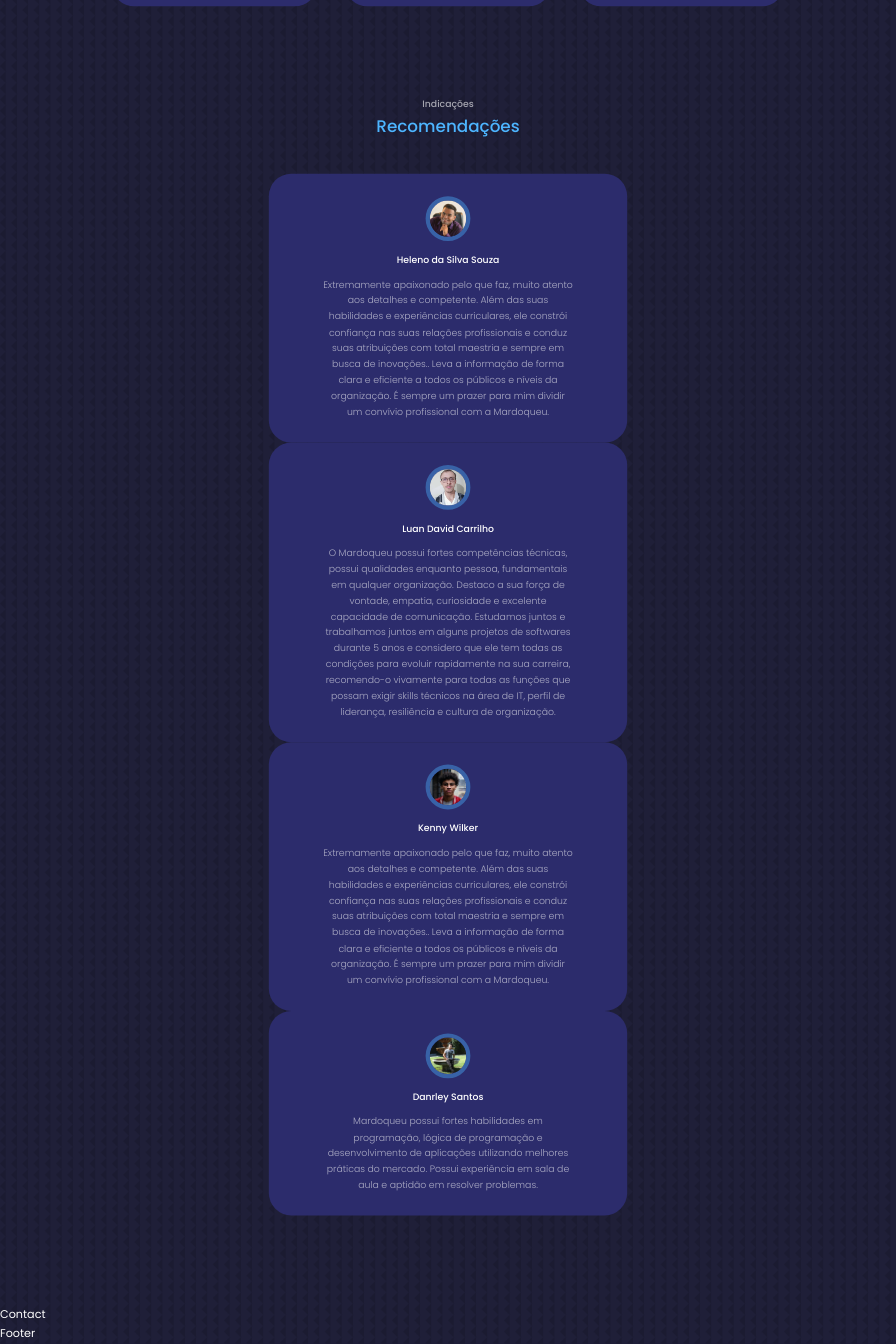
Repository: Mardoqueu/react-portfolio-website
Page: /
These files come from the project's save history. The page is drawn as it stood at one moment and after the next save; the edit follows.
The browser window is 1280 px wide. The pictures show the part of the page from y = 3385 to 5305 px (the page is 5305 px tall), at 70% of full size.
The project was rebuilt for these pictures with package versions that can differ from the ones it lists, and the page was loaded fresh each time. Also part of the build but not shown: src/components/header/header.css, src/components/contact/contact.css, src/components/footer/footer.css.

Above is the page before, as saved 2022-10-24 11:26:18.

### src/App.jsx
import React from 'react'
import Header from './components/header/Header'
import Nav from './components/nav/Nav'
import About from './components/about/About'
import Experience from './components/experience/Experience'
import Services from './components/services/Services'
import Portfolio from './components/portfolio/Portfolio'
import Testimonials from './components/testimonials/Testimonials'
import Contact from './components/contact/Contact'
import Footer from './components/footer/Footer'


export const App = () => {
  return (
    <>
        <Header/>
        <Nav/>
        <About/>
        <Experience/>
        <Services/>
        <Portfolio/>
        <Testimonials/>
        <Contact/>
        <Footer/>
    </>
  )
}

export default App

### src/index.css
@import url('https://fonts.googleapis.com/css2?family=Poppins:wght@300;400;500;600&display=swap');

* {
    margin: 0;
    padding: 0;
    border: 0;
    outline: 0;
    box-sizing: border-box;
    list-style: none;
    text-decoration: none;
}

:root{
    --color-bg: #1f1f38;
    --color-bg-variant: #2c2c6c;
    --color-primary: #4db5ff;
    --color-primary-variant: rgba(77, 181, 255, 0.4);
    --color-white: #fff;
    --color-light: rgba(255, 255, 255, 0.6);

    --transition: all 400ms ease;

    --container-width-lg: 75%;
    --container-width-md: 86%;
    --container-width-sm: 90%;
}

html{
    scroll-behavior: smooth;
}

::-webkit-scrollbar{
    display: none;
}

body {
    font-family: 'Poppins', sans-serif;
    background: var(--color-bg);
    color: var(--color-white);
    line-height: 1.7;
    background-image: url(../src/assets/bg-texture.png);
}

/* ============== General Styles ============== */
.container {
    width: var(--container-width-lg);
    margin: 0 auto;
}

h1,
h2,
h3,
h4,
h5 {
    font-weight: 500;
}

h1{
    font-size: 2.5rem;
}

section{
    margin-top: 8rem;
}

section > h2, section > h5{
    text-align: center;
    color: var(--color-light);
}

section > h2 {
    color: var(--color-primary);
    margin-bottom: 3rem;
}

.text-light {
    color:var(--color-light);
}

a{
    color: var(--color-primary);
    transition: var(--transition);
}

a:hover{
    color: var(--color-white);
}

.btn{
    width: max-content;
    display: inline-block;
    color: var(--color-primary);
    padding: 0.75rem 1.2rem;
    border-radius: 0.4rem;
    cursor: pointer;
    border: 1px solid var(--color-primary);
    transition: var(--transition);
}

.btn:hover{
    background: var(--color-white);
    color: var(--color-bg);
    border-color: transparent;
}

.btn-primary{
    background: var(--color-primary);
    color: var(--color-bg);
}

img{
    display: block;
    width: 100%;
    justify-content: center;
    object-fit: cover;
}

/* ================ MEDIA QUERIES (MEDIUM DEVICES) ================ */
@media screen and (max-width: 1024px){
    .container{
        width: var(--container-width-md);
    }

    section {
        margin-top: 6rem;
    }
}

/* ================ MEDIA QUERIES (SMALL DEVICES) ================ */
@media screen and (max-width: 600px){
    .container{
        width: var(--container-width-sm);
    }

    section > h2 {
        margin-bottom: 2rem;
    }
}

### src/components/header/Header.jsx
import React from 'react'
import './header.css'
const header = () => {
  return (
    <div>header</div>
  )
}

export default header

### src/components/nav/Nav.jsx
import React from 'react'
import "./nav.css"
import {AiOutlineHome} from 'react-icons/ai'
import {AiOutlineUser} from 'react-icons/ai'
import {BiBook} from 'react-icons/bi'
import {RiServiceLine} from 'react-icons/ri'
import {AiOutlinePhone} from 'react-icons/ai'
import { useState } from 'react'

const Nav = () => {
  const [activeNav, setActiveNav] = useState('#');
  return (
    <nav>
      <a href="#" onClick={() => setActiveNav('#')} class={activeNav === '#' ? 'active' : ''}><AiOutlineHome/></a>
      <a href="#about" onClick={() => setActiveNav('#about')} class={activeNav === '#about' ? 'active' : ''}><AiOutlineUser/></a>
      <a href="#experience"  onClick={() => setActiveNav('#experience')} class={activeNav === '#experience' ? 'active' : ''}><BiBook/></a>
      <a href="#services" onClick={() => setActiveNav('#services')} class={activeNav === '#services' ? 'active' : ''}><RiServiceLine/></a>
      <a href="#contact" onClick={() => setActiveNav('#contact')} class={activeNav === '#contact' ? 'active' : ''}><AiOutlinePhone/></a>

    </nav>
  )
}

export default Nav

### src/components/about/About.jsx
import React from 'react'
import './about.css';
import ME from '../../assets/me-about.jpg'
import {FaAward} from 'react-icons/fa'
import {FiUsers} from 'react-icons/fi'
import {VscFolderLibrary} from 'react-icons/vsc'


const About = () => {
  return (
    <section id='about'>
      <h5>Venha me conhecer</h5>
      <h2>Sobre mim</h2>


      <div className='container about__container'>
        <div className='about__me'>
              <div className='about__me-image'>
                <img src={ME} alt="About"></img>
              </div>
          </div>

          <div className='about__content'>
              <div className='about__cards'>
                <article className='about__card'>
                  <FaAward className='about__icon'/>
                  <h5>Experiência</h5>
                  <small>3+ Anos de atuação</small>
                </article>

                <article className='about__card'>
                  <FiUsers className='about__icon'/>
                  <h5>Clientes</h5>
                  <small>Diversos Clientes</small>
                </article>

                <article className='about__card'>
                  <VscFolderLibrary className='about__icon'/>
                  <h5>Projetos</h5>
                  <small>+10 projetos completos</small>
                </article>
              </div>

              <p>
              Iniciei minha carreira como professor de informática no Instituto Federal do Maranhão (IFMA). Essa foi uma ótima experiência, pois desenvolvi habilidades como falar em público, e também aprimorei minha network, aprendi várias stacks como HTML, CSS, JavaScript, Bootstrap, Angular, Java, MySQL, Spring Boot e outros Front-End e tecnologias de back-end. Toda a experiência me levou a me apaixonar por uma carreira onde posso mergulhar na tecnologia e ter sensibilidade realizar impactos sociais positivos no mundo.
              </p>

              <a href='#contact' className='btn btn-primary'>Entrar em contato</a>
          </div>
      </div>
    </section>
  )
}

export default About

### src/components/portfolio/Portfolio.jsx
import React from 'react'
import './portfolio.css'
import IMG1 from '../../assets/portfolio1.png'
import IMG2 from '../../assets/portfolio2.png'
import IMG3 from '../../assets/portfolio3.png'
import IMG4 from '../../assets/portfolio4.png'
import IMG5 from '../../assets/portfolio5.png'
import IMG6 from '../../assets/portfolio6.png'

const data = [
  {
    id: 1,
    image: IMG1,
    title: 'Google Clone',
    github: 'https://github.com/Mardoqueu/google-v1',
    demo: 'https://google-v1-teal.vercel.app/',
  },
  {
    id: 2,
    image: IMG2,
    title: 'Movie App',
    github: 'https://github.com/Mardoqueu/movie-app-v1',
    demo: 'https://movie-app-v1-tawny.vercel.app/',
  },
  {
    id: 3,
    image: IMG3,
    title: 'Instagram Clone',
    github: 'https://github.com/Mardoqueu/insta-v',
    demo: 'https://insta-vercel.vercel.app/',
  },
  {
    id: 4,
    image: IMG4,
    title: 'Twitter Clone',
    github: 'https://github.com/Mardoqueu/twitter',
    demo: 'https://twitter-peach.vercel.app/',
  },
  {
    id: 5,
    image: IMG5,
    title: 'Help-desk Frontend',
    github: 'https://github.com/Mardoqueu/helpdesk-front',
    demo: 'https://helpdesk-front-tawny.vercel.app/login',
  },
  {
    id: 6,
    image: IMG5,
    title: 'Help-desk Backend',
    github: 'https://github.com/Mardoqueu/helpdesk-backend',
    demo: 'https://tindog-lake.vercel.app/',
  }
]


const Portfolio = () => {
  return (
    <section id='portfolio'>
      <h5>Meus projetos recentes</h5>
      <h2>Portfólio </h2>

      <div className='container portfolio__container'>
          {
            data.map(({id, image, title, github, demo}) =>{
              return(
            <article key={id} className='portfolio__item'>
            <div className='portfolio__item-image'>
            <img src={image} alt={title}></img>
            </div>
                <h3>{title}</h3>
                <div className='portfolio__item-cta'>
                <a href={github} className='btn' target='_blank'>Github</a>
                <a href={demo} className='btn btn-primary' target='_blank'>Live Demo</a>
                </div>
          </article>
              )
            })
          }




      </div>
    </section>
  )
}

export default Portfolio

### src/components/testimonials/Testimonials.jsx
import React from 'react'
import './testimonials.css'
import AVTR1 from '../../assets/avatar1.jpg'
import AVTR2 from '../../assets/avatar2.jpg'
import AVTR3 from '../../assets/avatar3.jpg'
import AVTR4 from '../../assets/avatar4.jpg'

const data = [

  {
  avatar: AVTR1,
  name: 'Heleno da Silva Souza',
  review: 'Extremamente apaixonado pelo que faz, muito atento aos detalhes e competente. Além das suas habilidades e experiências curriculares, ele constrói confiança nas suas relações profissionais e conduz suas atribuições com total maestria e sempre em busca de inovações.. Leva a informação de forma clara e eficiente a todos os públicos e níveis da organização. É sempre um prazer para mim dividir um convívio profissional com a Mardoqueu.'
  },
  {
    avatar: AVTR2,
    name: 'Luan David Carrilho',
    review: 'O Mardoqueu possui fortes competências técnicas, possui qualidades enquanto pessoa, fundamentais em qualquer organização. Destaco a sua força de vontade, empatia, curiosidade e excelente capacidade de comunicação. Estudamos juntos e trabalhamos juntos em alguns projetos de softwares durante 5 anos e considero que ele tem todas as condições para evoluir rapidamente na sua carreira, recomendo-o vivamente para todas as funções que possam exigir skills técnicos na área de IT, perfil de liderança, resiliência e cultura de organização.'
  },
  {
    avatar: AVTR3,
    name: 'Kenny Wilker',
    review: 'Extremamente apaixonado pelo que faz, muito atento aos detalhes e competente. Além das suas habilidades e experiências curriculares, ele constrói confiança nas suas relações profissionais e conduz suas atribuições com total maestria e sempre em busca de inovações.. Leva a informação de forma clara e eficiente a todos os públicos e níveis da organização. É sempre um prazer para mim dividir um convívio profissional com a Mardoqueu.'
  },
  {
    avatar: AVTR4,
    name: 'Danrley Santos',
    review: 'Mardoqueu possui fortes habilidades em programação, lógica de programação e desenvolvimento de aplicações utilizando melhores práticas do mercado. Possui experiência em sala de aula e aptidão em resolver problemas.'
  }

]

const Testimonials = () => {
  return (
    <section id='testimonials'>
      <h5>Indicações</h5>
      <h2>Recomendações</h2>

      <div className='container testimonials__container'>
          {
            data.map(({avatar, name, review}, index) => {
              return (
          <article key={index} className='testimonial'>
            <div className='client__avatar'>
            <img src={avatar} alt={name}/>
            </div>
            <h5 className='client__name'>{name}</h5>
            <small className='client__review'>{review}</small>
          </article>)
            })
          }

      </div>


    </section>
  )
}

export default Testimonials

### src/components/footer/Footer.jsx
import React from 'react'
import './footer.css';
const Nav = () => {
  return (
    <div>Footer</div>
  )
}

export default Nav

### src/components/nav/nav.css
nav{
    background: rgb(0, 0, 0, 0.3);
    width: max-content;
    display: block;
    padding: 0.7rem 1.7rem;
    z-index: 2;
    position: fixed;
    left: 50%;
    transform: translateX(-50%);
    bottom: 2rem;
    display: flex;
    gap: 0.8rem;
    border-radius: 3rem;
    backdrop-filter: blur(15px);
}

nav a {
    background: transparent;
    padding: 0.9rem;
    border-radius: 50%;
    display: flex;
    color: var(--color-light);
    font-size: 1.1rem;
}

nav a:hover{
    background: var(--color-light);
}

nav a.active {
    background: var(--color-bg);
    color: var(--color-white);
}

### src/components/about/about.css
.about__container{
    display: grid;
    grid-template-columns: 35% 50%;
    gap: 15%;
}

.about__me{
    width: 100%;
    aspect-ratio: 1/1;
    border-radius: 2rem;
    background: linear-gradient(
        45deg,
        transparent,
        var(--color-primary),
        transparent
    );
    display: grid;
    place-items: center;

}
.about__me-image{
    border-radius: 2rem;
    overflow: hidden;
    transform: rotate(10deg);
    transition: var(--transition);
}

.about__me-image:hover{
    transform: rotate(0deg);
}

.about__cards {
    display: grid;
    grid-template-columns: repeat(3, 1fr);
    gap: 1.5rem;
}

.about__card{
    background: var(--color-bg-variant);
    border: 1px solid transparent;
    border-radius: 1rem;
    padding: 2rem;
    text-align-last: center;
    transform: var(--transition);
}

.about__card:hover{
    background: transparent;
    border-color: var(--color-primary-variant);
    cursor: default;
}

.about__icon {
    color: var(--color-primary);
    font-size: 1.4rem;
    margin-bottom: 1rem;
}

.about__card h5 {
    font-size: 0.95rem;
}


.about__card small {
    font-size: 0.7rem;
    color: var(--color-light)
}

.about__content p{
    margin: 2rem 0 2.6rem;
    color: var(--color-light);
}

/* ================ MEDIA QUERIES (MEDIUM DEVICES) ================ */
@media screen and (max-width: 1024px){
    .about__container{
        grid-template-columns: 1fr;
        gap: 0;
    }

    .about__me{
        width: 50%;
        margin: 2rem auto 4rem;
    }

    .about__content p {
        margin: 1rem 0 1.5rem;
    }
}

/* ================ MEDIA QUERIES (SMALL DEVICES) ================ */
@media screen and (max-width: 600px){
    .about__me {
        width: 65%;
        margin: 0 auto 3rem;
    }

    .about__cards{
        grid-template-columns: 1fr 1fr;
        gap: 1rem;
    }

    .about__content{
        text-align: center;
    }

    .about__content p{
        margin: 1.5rem 0;
    }
}

### src/components/experience/experience.css
.experience__container{
    display: grid;
    grid-template-columns: 1fr 1fr;
    gap: 2rem;
}

.experience__container > div {
    background: var(--color-bg-variant);
    padding: 2.4rem 5rem;
    border-radius: 2rem;
    border: 1px solid transparent;
    transition: var(--transition);
}

.experience__container > div:hover{
    background: transparent;
    border-color: var(--color-primary-variant);
    cursor: default;
}

.experience__container > div h3{
    text-align: center;
    margin-bottom: 2rem;
    color: var(--color-primary);
}

.experience__content{
    display: grid;
    grid-template-columns: 1fr 1fr;
    row-gap: 2rem;
}

.experience__details {
    display: flex;
    gap: 1rem;
}

.experience_details-icon{
    margin-top: 6px;
    color: var(--color-primary);
}

/* ================ MEDIA QUERIES (MEDIUM DEVICES) ================ */
@media screen and (max-width: 1024px){
    .experience__container{
        grid-template-columns: 1fr;
    }

    .experience__container > div {
        width: 80%;
        padding: 2rem;
        margin: 0 auto;
    }

    .experience__content{
        padding: 1rem;
    }
}

/* ================ MEDIA QUERIES (SMALL DEVICES) ================ */
@media screen and (max-width: 600px){
    .experience__container{
        gap: 1rem;
    }

    .experience__container > div {
        width: 100%;
        padding: 2rem 1rem;
    }
}

### src/components/services/services.css
.service__container{
    display: grid;
    grid-template-columns: repeat(3, 1fr);
    gap: 3rem;
}

.service {
    background: var(--color-bg-variant);
    border-radius: 0 0 2rem 2rem;
    border: 1px solid var(--color-primary);
    height: fit-content;
    transition: var(--transition);
}

.service:hover{
    background: transparent;
    border-color: var(--color-primary-variant);
    cursor: default;
}

.service__head{
    background: var(--color-primary);
    padding: 2rem;
    border-radius: 0 0 2rem 2rem;
    box-shadow: 0 2rem 1rem rgba(0, 0, 0, 0.1);
}

.service__head h3{
    color: var(--color-bg);
    font-size: 1rem;
    text-align: center;
}

.service_list {
    padding: 1rem;
}

.service__list li{
    display: flex;
    gap: 1rem;
    margin-bottom: 0.8rem;
}

.service__list-icon{
    color: var(--color-primary);
    margin-top: 2px;
}

.service__list p{
    font-size: 0.9rem;
}


/* ================ MEDIA QUERIES (MEDIUM DEVICES) ================ */
@media screen and (max-width: 1024px){
    .service__container{
        grid-template-columns: 1fr 1fr;
        gap: 2rem;
    }

    .service{
        height: auto;
    }

}

/* ================ MEDIA QUERIES (SMALL DEVICES) ================ */
@media screen and (max-width: 600px){
    .service__container{
        grid-template-columns: 1fr;
        gap: 1.5rem;
    }

}

### src/components/portfolio/portfolio.css
.portfolio__container {
    display: grid;
    grid-template-columns: repeat(3, 1fr);
    gap: 2.5rem;
}

.portfolio__item{
    background: var(--color-bg-variant);
    padding: 1.3rem;
    border-radius: 2rem;
    border: 1px solid transparent;
    transition: var(--transition);
}

.portfolio__item:hover{
    border-color: var(--color-primary-variant);
    background: transparent;
}

.portfolio__item-image{
    border-radius: 1.5rem;
    overflow: hidden;
}

.portfolio__item h3{
    margin: 1.2 0 2rem;
}

.portfolio__item-cta{
    display: flex;
    gap: 1rem;
    margin-bottom: 1rem;
}

/* ================ MEDIA QUERIES (MEDIUM DEVICES) ================ */
@media screen and (max-width: 1024px){
    .portfolio__container{
        grid-template-columns: 1fr 1fr;
        gap: 1.2rem;
    }

    .portfolio{
        height: auto;
    }

}

/* ================ MEDIA QUERIES (SMALL DEVICES) ================ */
@media screen and (max-width: 600px){
    .portfolio__container{
        grid-template-columns: 1fr;
        gap: 1.5rem;
    }

}

### src/components/testimonials/testimonials.css
.container.testimonials__container{
    width: 40%;
}

.client__avatar{
    width: 4rem;
    aspect-ratio: 1/1;
    overflow: hidden;
    border-radius: 50%;
    margin: 0 auto 1rem;
    border: 0.4rem solid var(--color-primary-variant);
}

.testimonial{
    background: var(--color-bg-variant);
    text-align: center;
    padding: 2rem;
    border-radius: 2rem;
    user-select: none;
}

.client__review{
    color: var(--color-light);
    font-weight: 300;
    display: block;
    width: 80%;
    margin: 0.8rem auto 0;
}

/* ================ MEDIA QUERIES (MEDIUM DEVICES) ================ */
@media screen and (max-width: 1024px){
    .container.testimonials__container{
        width: 60%;
    }

}

/* ================ MEDIA QUERIES (SMALL DEVICES) ================ */
@media screen and (max-width: 600px){
    .container.testimonials__container{
        width: var(--container-width-sm);
    }

    .client__review{
        width: var(--container-width-sm);
    }
}

Loaded but not shown: public/index.html (common file); src/components/contact/Contact.jsx (common file); src/index.js (5 lines, source omitted); src/components/services/Services.jsx (124 lines, source omitted); src/components/experience/Experience.jsx (106 lines, source omitted)

After the next save:
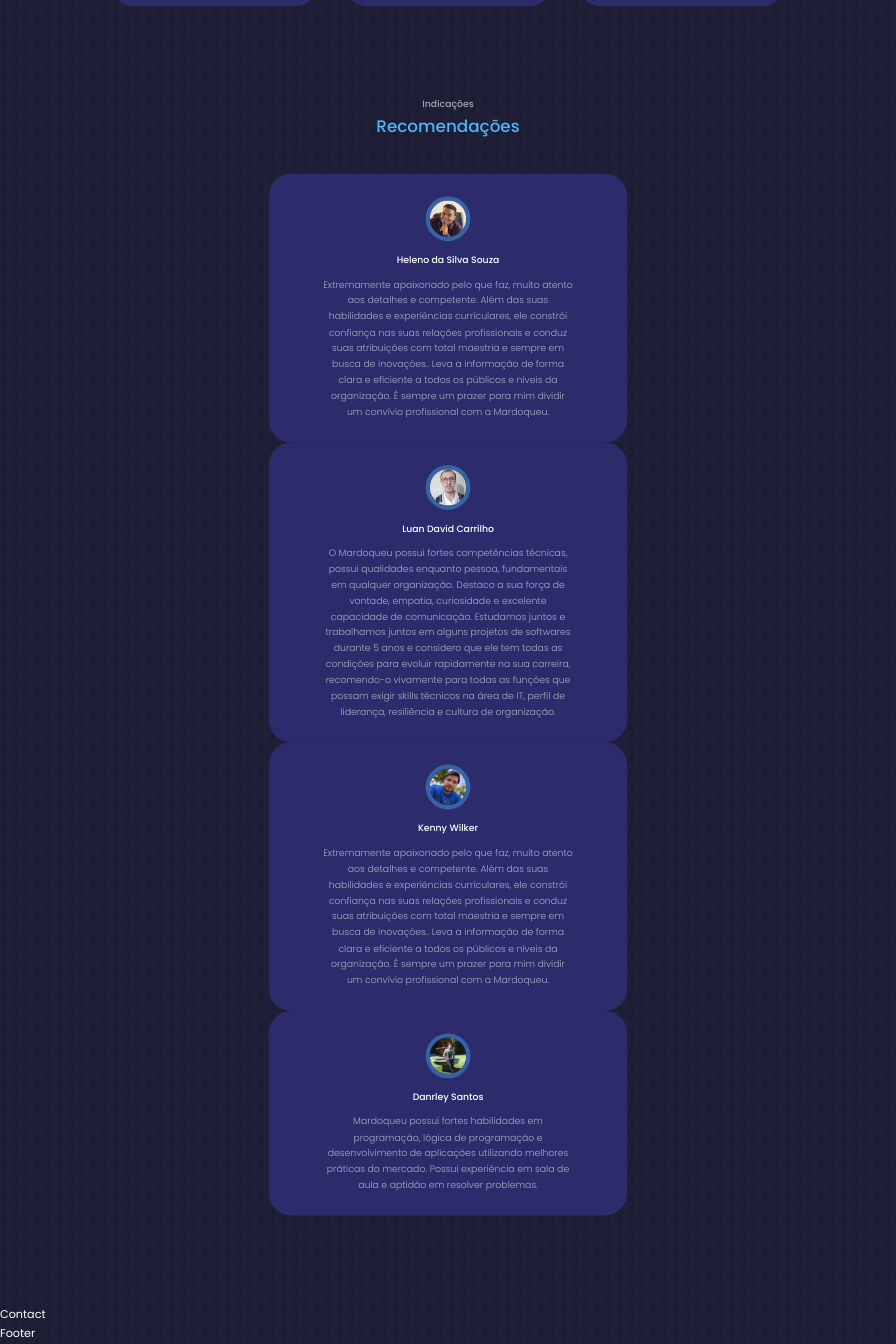
Saved 19 s later.
--- a/src/components/testimonials/Testimonials.jsx
+++ b/src/components/testimonials/Testimonials.jsx
@@ -2,7 +2,7 @@
 import './testimonials.css'
 import AVTR1 from '../../assets/avatar1.jpg'
 import AVTR2 from '../../assets/avatar2.jpg'
-import AVTR3 from '../../assets/avatar3.jpg'
+import AVTR3 from '../../assets/avatar3.jpeg'
 import AVTR4 from '../../assets/avatar4.jpg'
 
 const data = [
